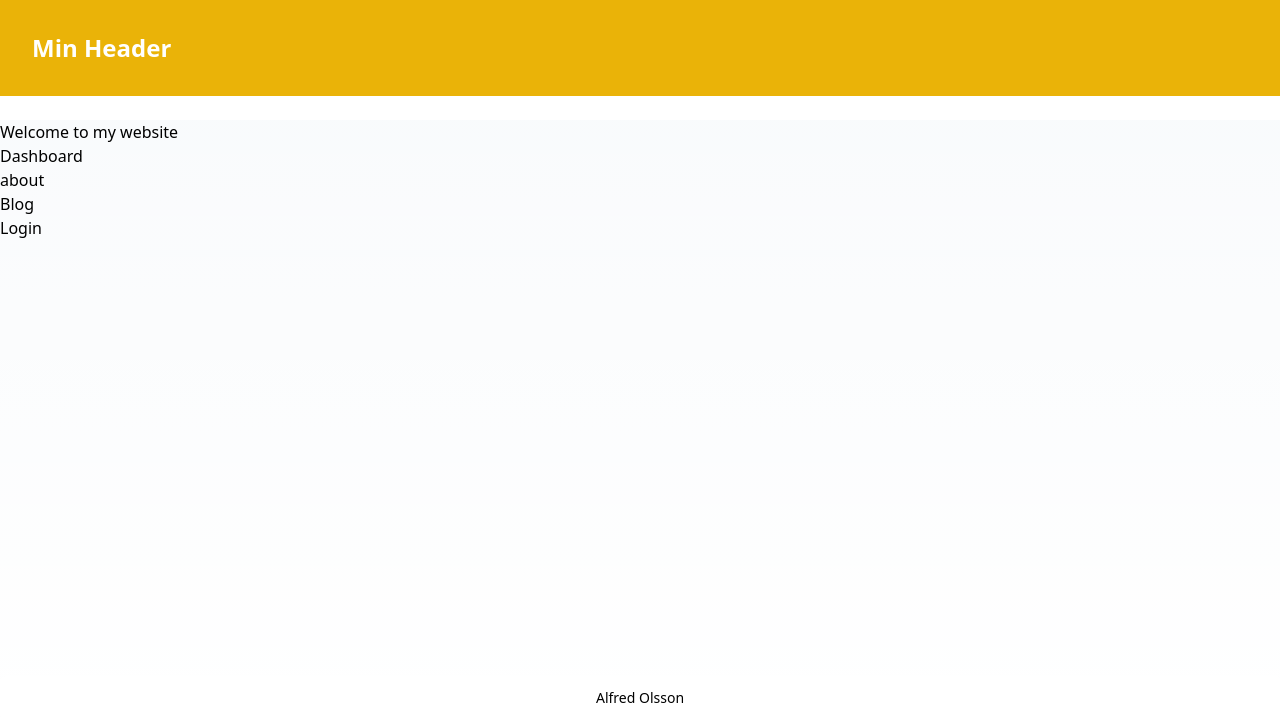
Repository: AlligatorAffe/NextWebsite
Page: /
An editor plug-in stored every save of this project. The page is shown before and after the next save, followed by the edit.
The browser window is 1280 px wide. The pictures show the whole page.
The project was rebuilt for these pictures with package versions that can differ from the ones it lists, and the page was loaded fresh each time. The framework's server and built-in components were replaced by stand-ins that run in the browser. Also part of the build but not shown: next.config.js.

Above is the page before, as saved 2024-01-04 21:36:54.

### app/layout.tsx
import './globals.css'
import { Metadata } from 'next'





export const metadata: Metadata = {
  title: 'My webbpage',
  description: 'Welcome to Next.js',
}

/**
 *
 *
 *
 *
 *
 *

const inter = Inter({ subsets: ['latin'] })

export const metadata: Metadata = {
  title: 'Create Next App',
  description: 'Generated by create next app',
}

export default function RootLayout({
  children,
}: {
  children: React.ReactNode
}) {
  return (
    <html lang="en">
      <body>{children}</body>
    </html>
  )
}

 */

export default function RootLayout({
  // Layouts must accept a children prop.
  // This will be populated with nested layouts or pages
  children,
}: {
  children: React.ReactNode
}) {
  return (
    <html lang="en">
      <body className="flex flex-col min-h-screen bg-slate-50 text-black">
        <div className="flex-grow">
          <header className="bg-yellow-500 p-8">
            <h1 className="text-2xl font-bold text-white">Min Header</h1>
          </header>
          <nav className="bg-white p-3"></nav>
          {children}
        </div>
        <footer className="bg-white rounded-md p-3">
          <h3 className="text-black text-center text-sm font-medium">Alfred Olsson</h3>
        </footer>
      </body>
    </html>

  )
}

### app/template.tsx



export default function Template({ children }: { children: React.ReactNode }) {
    return <div>{children}</div>
  }

### app/page.tsx
import Image from 'next/image'
import { Metadata } from 'next'
import Link from 'next/link'

/*
export default function Page() {
  return <div >
      <h1 >
        Welcome to my website
      </h1>
    </div>

}
*/


export const metadata: Metadata = {
  title: 'My Page Title',
}

export default function Page() {
  return <div >
  <h1 >
    Welcome to my website
  </h1>
  <p>   <Link href="/dashboard">Dashboard</Link></p>
  <p>   <Link href="/about">about</Link></p>
  <p>   <Link href="/blogpost">Blog</Link></p>
  <p>   <Link href="/login">Login</Link></p>
</div>
}

Loaded but not shown: app/globals.css (common file); tailwind.config.ts (common file)

After the next save:
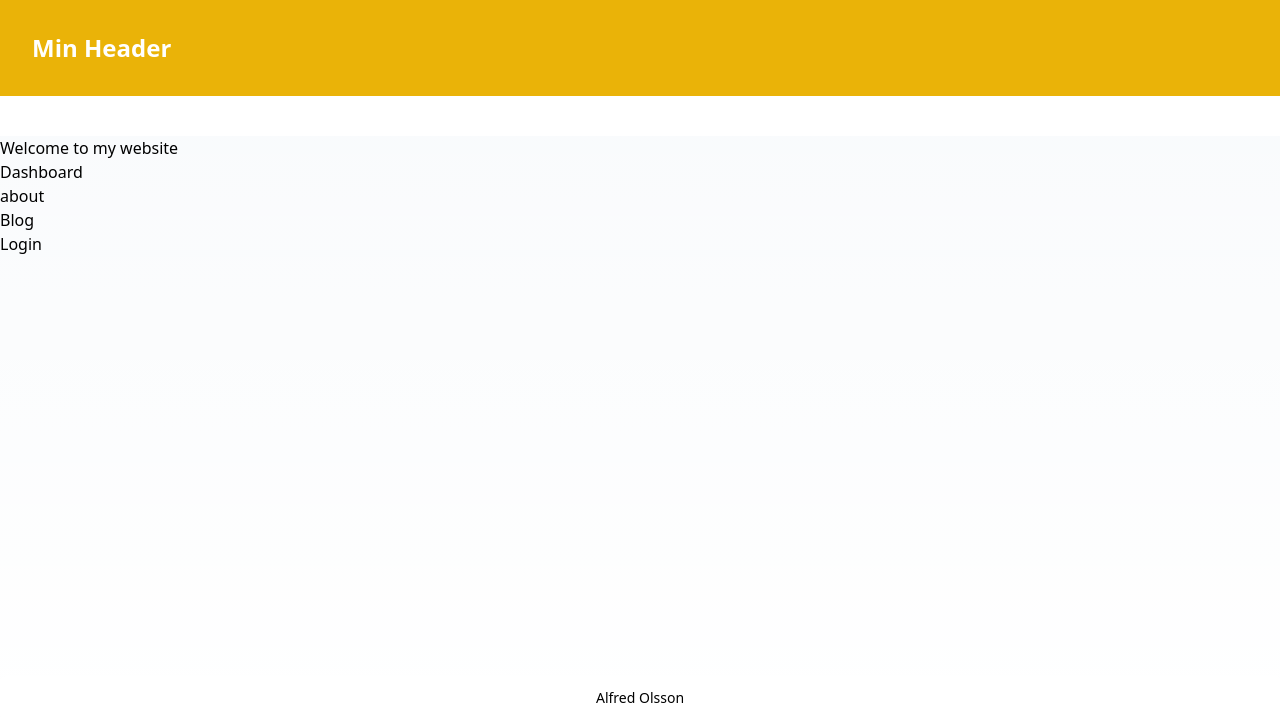
Saved 8 s later.
--- a/app/layout.tsx
+++ b/app/layout.tsx
@@ -53,7 +53,7 @@ export default function RootLayout({
           <header className="bg-yellow-500 p-8">
             <h1 className="text-2xl font-bold text-white">Min Header</h1>
           </header>
-          <nav className="bg-white p-3"></nav>
+          <nav className="bg-white p-5"></nav>
           {children}
         </div>
         <footer className="bg-white rounded-md p-3">
